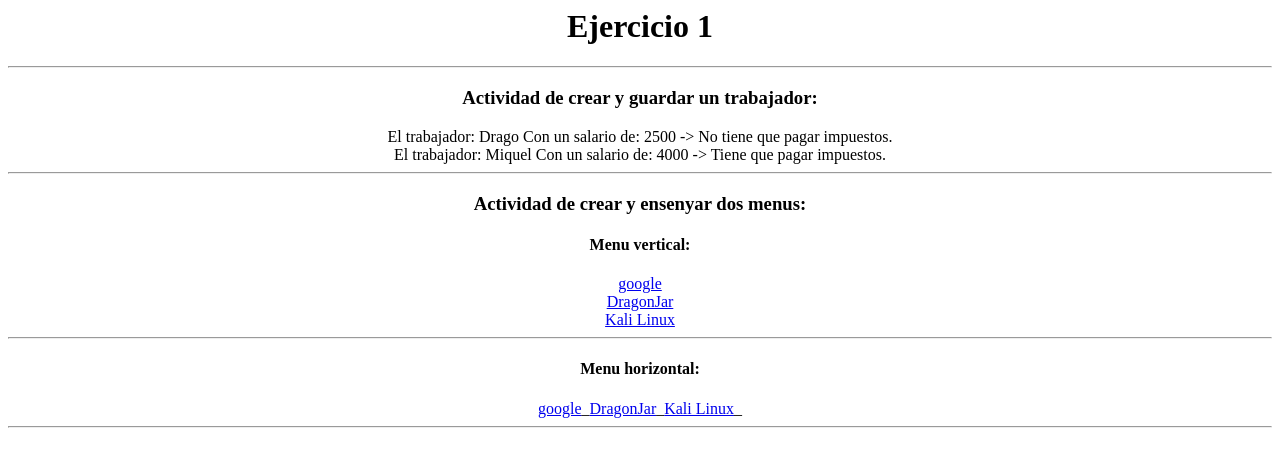
Repository: IlDragoDoro/atomClass
Page: http://localhost/ejercicio1.php
An editor plug-in stored every save of this project. The page is shown before and after the next save, followed by the edit.
The browser window is 1280 px wide. The pictures show the whole page.
The page is run by PHP 8.4 with error messages shown; the project is at /var/www/html/.

Above is the page before, as saved 2020-12-03 11:09:19.

After the next save:
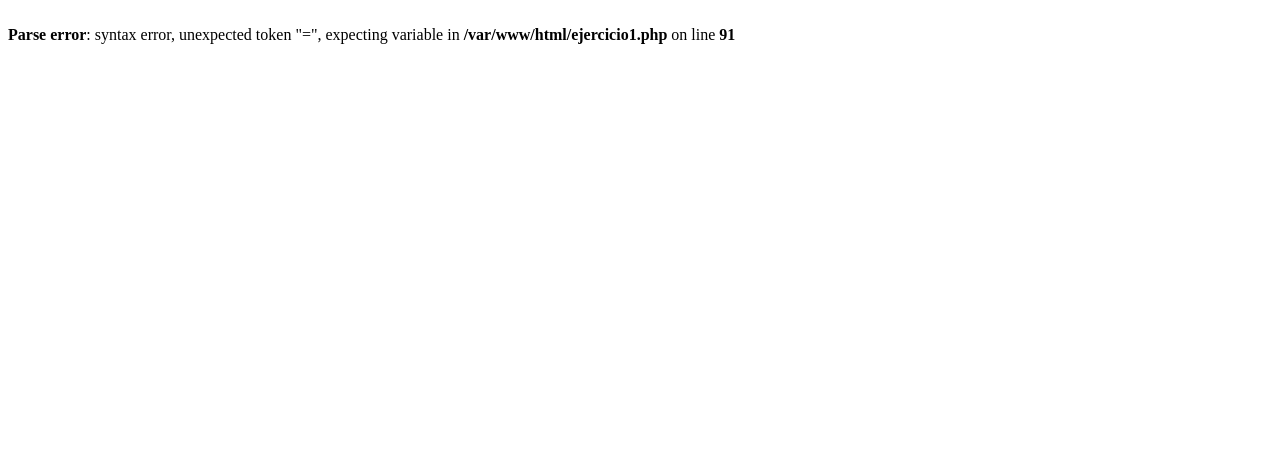
Saved 5 s later.
--- a/DWS/POO/ejercicio1.php
+++ b/DWS/POO/ejercicio1.php
@@ -88,6 +88,7 @@
     public $titulo = "";
     public $posicion = "";
     public $fondo = "";
+    public fuente = "";
 }
 
 ?>

After the save that followed:
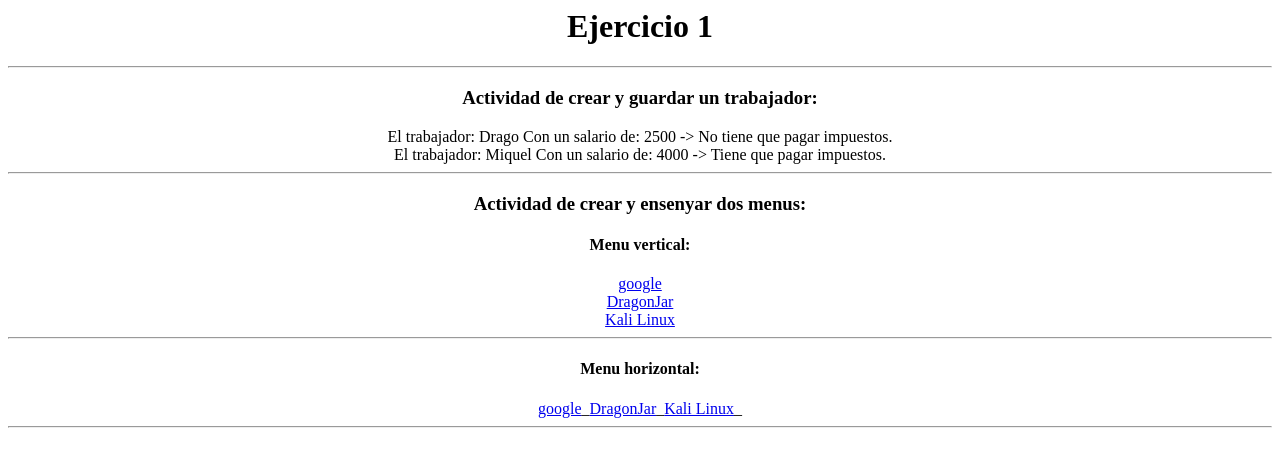
Saved 4 s later.
--- a/DWS/POO/ejercicio1.php
+++ b/DWS/POO/ejercicio1.php
@@ -88,7 +88,7 @@
     public $titulo = "";
     public $posicion = "";
     public $fondo = "";
-    public fuente = "";
+    public $fuente = "";
 }
 
 ?>
